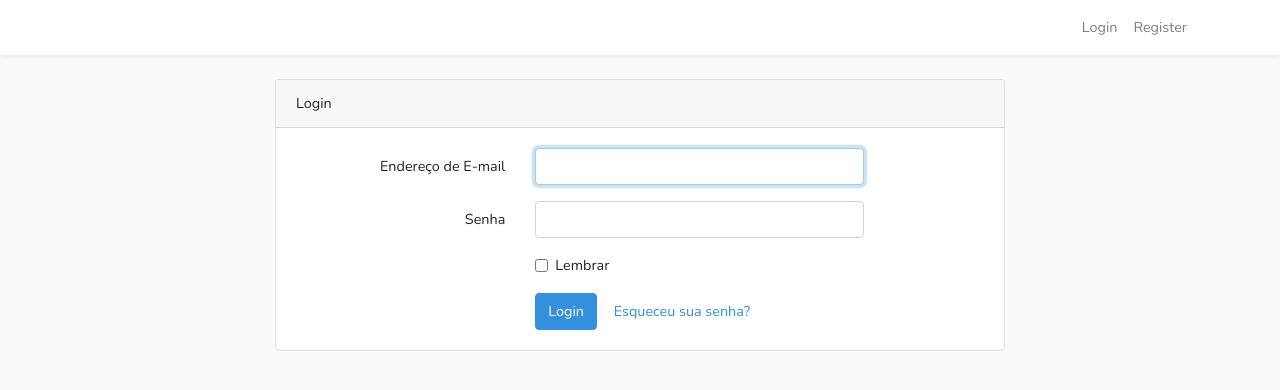
Repository: souzalu/Opala
Page: http://localhost/login
These files come from the project's save history. The page is drawn as it stood at one moment and after the next save; the edit follows.
The browser window is 1280 px wide. The pictures show the whole page.
The page is served by the project's Laravel application, run on PHP 8.4 with Laravel 8.

Above is the page before, as saved 2020-09-18 21:14:46.

After the next save:
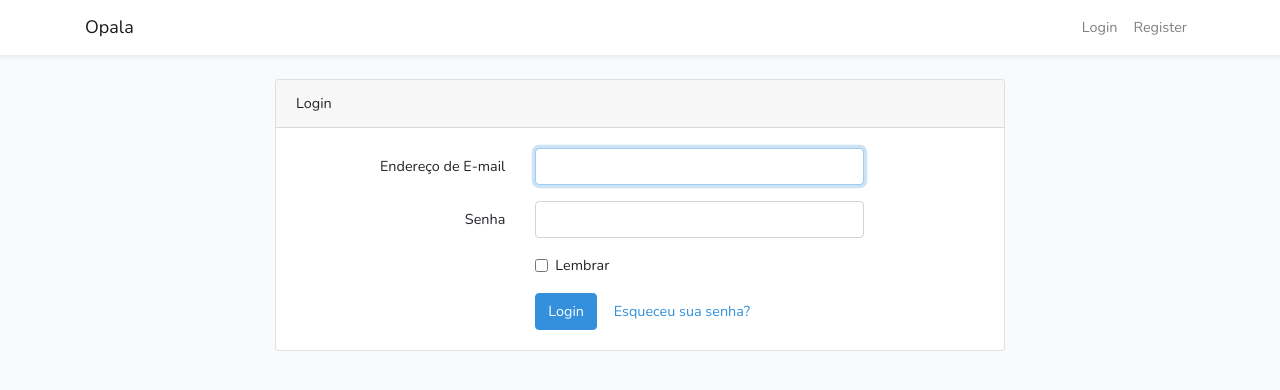
Saved 26 s later.
--- a/resources/views/layouts/app.blade.php
+++ b/resources/views/layouts/app.blade.php
@@ -24,7 +24,7 @@
         <nav class="navbar navbar-expand-md navbar-light bg-white shadow-sm">
             <div class="container">
                 <a class="navbar-brand" href="{{ url('/') }}">
-
+                    {{ config('app.name', 'Laravel') }}
                 </a>
                 <button class="navbar-toggler" type="button" data-toggle="collapse" data-target="#navbarSupportedContent" aria-controls="navbarSupportedContent" aria-expanded="false" aria-label="{{ __('Toggle navigation') }}">
                     <span class="navbar-toggler-icon"></span>
